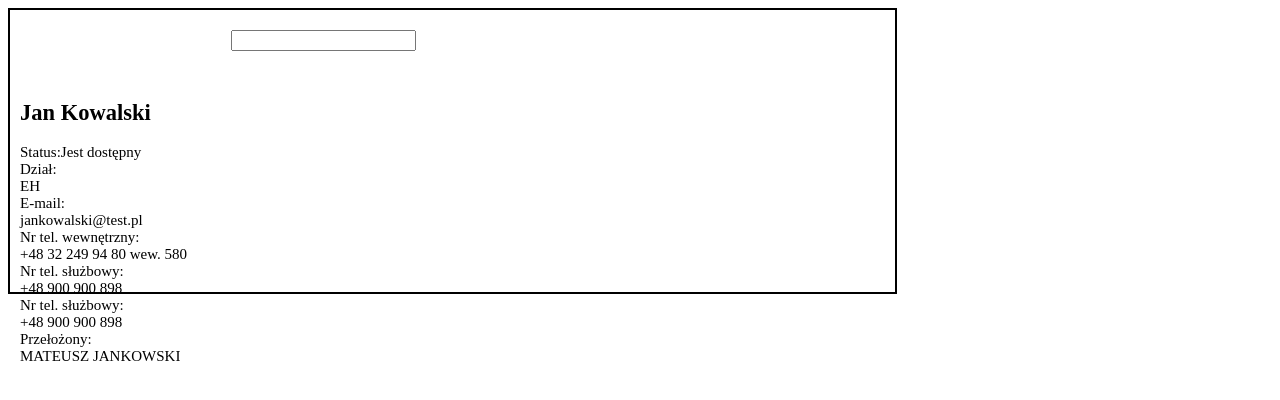
Repository: emdes515/EHpanel
Page: html/dashboardObecnosc.html
The author's editor kept a copy of each file at every save. The page is drawn from the files as they stood at one save, then again after the next save.
The browser window is 1280 px wide. The pictures show the whole page.

Above is the page before, as saved 2024-04-22 11:10:58.
Console error: ReferenceError: $ is not defined

After the next save:
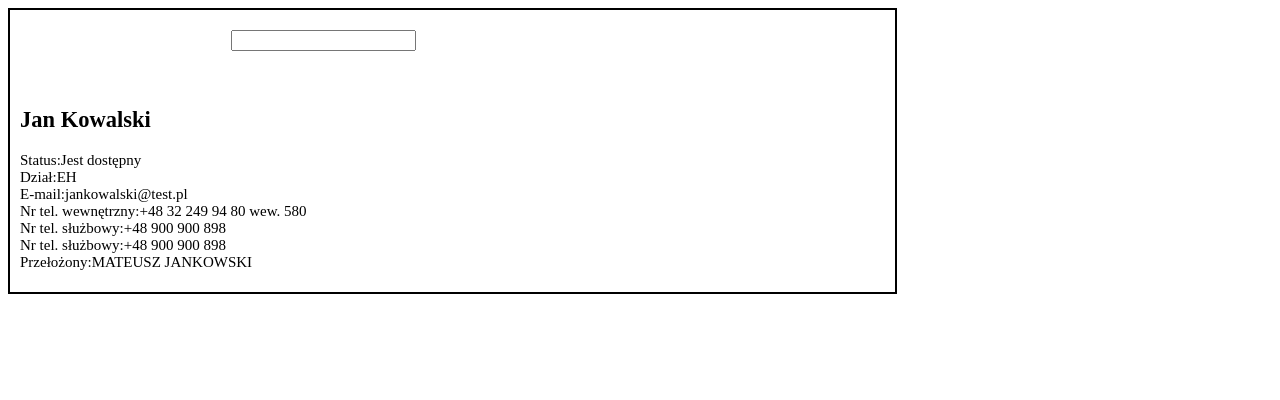
Saved 111 s later.
--- a/html/dashboardObecnosc.html
+++ b/html/dashboardObecnosc.html
@@ -55,23 +55,23 @@
 			<div class="infoWrapper">
 				<span class="fw-bold text-primary">Status: </span> <span>Jest dostępny</span>
 			</div>
-			<div class="infoContainer">
+			<div class="infoWrapper">
 				<span class="fw-bold text-primary">Dział: </span> <span>EH</span>
 			</div>
-			<div class="infoContainer">
+			<div class="infoWrapper">
 				<span class="fw-bold text-primary">E-mail: </span> <span>jankowalski@test.pl</span>
 			</div>
-			<div class="infoContainer">
+			<div class="infoWrapper">
 				<span class="fw-bold text-primary">Nr tel. wewnętrzny: </span>
 				<span>+48 32 249 94 80 wew. 580</span>
 			</div>
-			<div class="infoContainer">
+			<div class="infoWrapper">
 				<span class="fw-bold text-primary">Nr tel. służbowy: </span> <span>+48 900 900 898</span>
 			</div>
-			<div class="infoContainer">
+			<div class="infoWrapper">
 				<span class="fw-bold text-primary">Nr tel. służbowy: </span> <span>+48 900 900 898</span>
 			</div>
-			<div class="infoContainer">
+			<div class="infoWrapper"">
 				<span class="fw-bold text-primary">Przełożony: </span> <span>MATEUSZ JANKOWSKI</span>
 			</div>
 		</div>
